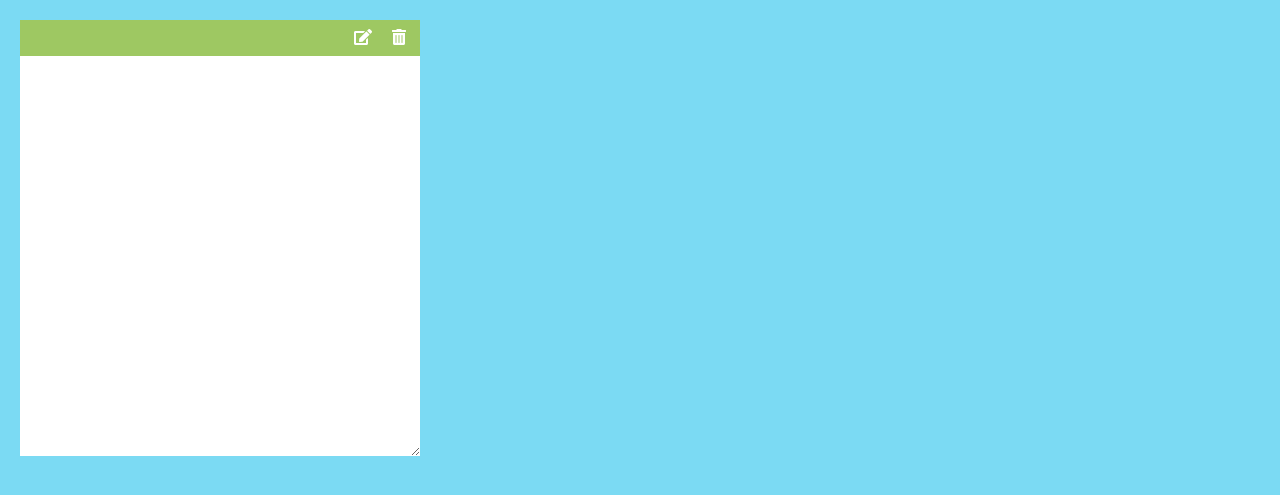
Repository: kate30980/projects-js-practice
Page: notes-app/index.html
An editor plug-in stored every save of this project. The page is shown before and after the next save, followed by the edit.
The browser window is 1280 px wide. The pictures show the whole page.
Some web libraries are served in a nearby version.

Above is the page before, as saved 2021-09-12 09:39:46.

### notes-app/index.html
<!DOCTYPE html>
<html lang="en">

<head>
    <meta charset="UTF-8" />
    <meta name="viewport" content="width=device-width, initial-scale=1.0" />
    <title>Notes App</title>
    <link rel="stylesheet" href="style.css" />
    <link rel="stylesheet" href="https://cdnjs.cloudflare.com/ajax/libs/font-awesome/5.15.4/css/all.min.css" />
    <script src="https://cdnjs.cloudflare.com/ajax/libs/marked/1.1.1/marked.min.js"></script>
    <script src="script.js" defer></script>
</head>

<body>
    <div class="notes">
        <div class="tools">
            <button class="edit"><i class="fas fa-edit"></i></button>
            <button class="delete"><i class="fas fa-trash-alt"></i></button>
        </div>
        <div class="main hidden">
        </div>
        <textarea></textarea>
    </div>
</body>

</html>

### notes-app/style.css
@import url("https://fonts.googleapis.com/css2?family=Poppins:wght@200;400;600&display=swap");

* {
  box-sizing: border-box;
}

body {
  font-family: "Poppins", sans-serif;
  margin: 0;
  background-color: #7bdaf3;
  display: flex;
  flex-wrap: wrap;
}
.notes {
  width: 400px;
  height: 400px;
  background-color: white;
  margin: 20px;
}
.notes .tools{
    background-color:#9ec862;
    padding: 0 .5rem;
    display: flex;
    justify-content: flex-end;
    padding: 0.5rem;
}
.notes .tools button{
    background-color:transparent;
    border: none;
    color: white;
    font-size: 1rem;
    margin-left: .5rem;
}
.notes .main{
    width: 100%;height: 400px;
    overflow: hidden;
    background-color:white;
}
.notes textarea{
    width: 100%;height: 400px;
    border: none;
    font-family: inherit;
    outline: none;
    font-size: 1.2rem;
}
.notes .hidden{
    display: none;
}

### notes-app/script.js
const notesEl = document.querySelector(".notes");
const editBtn = document.querySelector(".edit");
const deleteBtn = document.querySelector(".delete");
const main = notesEl.querySelector(".main");
const textArea = notesEl.querySelector("textarea");

editBtn.addEventListener("click", () => {
  main.classList.toggle("hidden");
  textArea.classList.toggle("hidden");
});

textArea.addEventListener("input", (e) => {
  const { value } = e.target;

  main.innerHTML = marked(value);
});

After the next save:
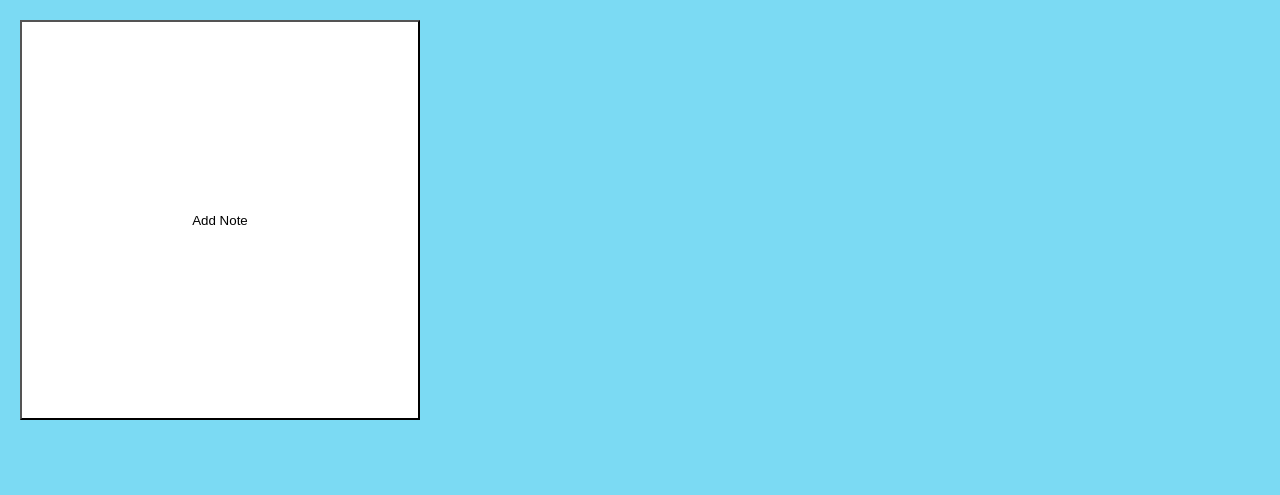
Console error: TypeError: Cannot read properties of null (reading 'addEventListener')
Saved 3 min 16 s later.
--- a/notes-app/index.html
+++ b/notes-app/index.html
@@ -12,7 +12,7 @@
 </head>
 
 <body>
-    <div class="notes">
+    <!-- <div class="notes">
         <div class="tools">
             <button class="edit"><i class="fas fa-edit"></i></button>
             <button class="delete"><i class="fas fa-trash-alt"></i></button>
@@ -20,7 +20,11 @@
         <div class="main hidden">
         </div>
         <textarea></textarea>
-    </div>
+    </div> -->
+
+    <button class="add notes">Add Note</button>
+
+
 </body>
 
 </html>
